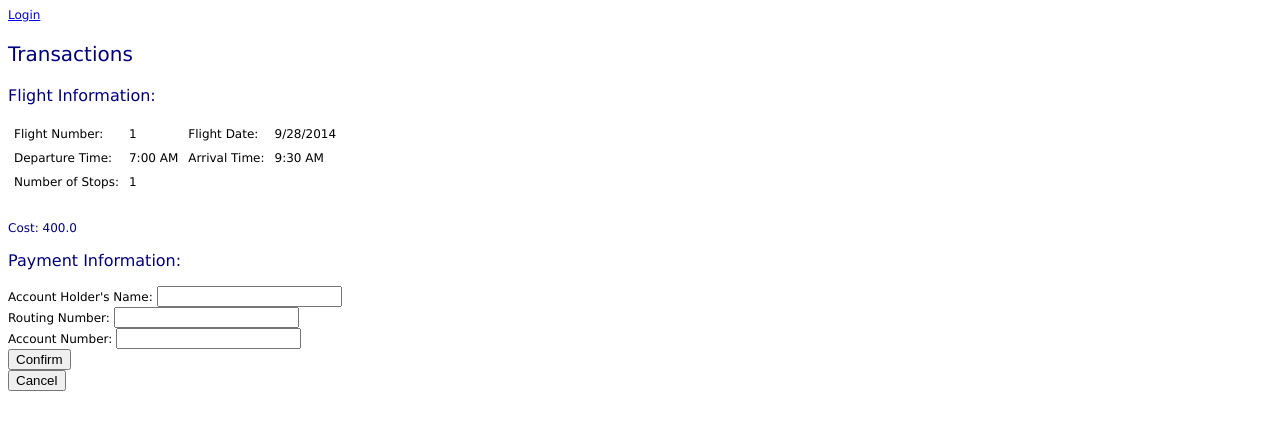
Repository: jliu9000/CSE-464---Flight-Pages
Page: http://localhost/HW1/Transaction.jsp
An editor plug-in stored every save of this project. The page is shown before and after the next save, followed by the edit.
The browser window is 1280 px wide. The pictures show the whole page.
The page is served by Tomcat 9. Other server files are loaded and not shown.

Above is the page before, as saved 2014-09-22 21:55:52.

### HW1/WebContent/Transaction.jsp
<%@ page language="java" contentType="text/html; charset=ISO-8859-1"
    pageEncoding="ISO-8859-1"%>
<!DOCTYPE html PUBLIC "-//W3C//DTD HTML 4.01 Transitional//EN" "http://www.w3.org/TR/html4/loose.dtd">
<html>
<head>
<%@ page import="flight.bizlogic.*"%>
<meta http-equiv="Content-Type" content="text/html; charset=ISO-8859-1">
<link rel="stylesheet" type="text/css" href="CSS/FlightStyles.css">
<title>Transaction</title>
</head>

<body>

<a id="login" href="login.jsp">
<%=session.getAttribute("nUserID") != null ? "Logout" : "Login"%>
</a>

<%
	RecordFactory records = new RecordFactory(1);
	FlightRecord r = records.TestRecord();
%>

<p class='PageTitle'>Transactions</p>
<p class='subheading'>Flight Information:</p>
<table>
	<tr>
		<td>Flight Number: </td><td><%=r.getID() %></td>
		<td>Flight Date: </td><td><%=r.getDateOfTravel() %></td>
	</tr>
	<tr>
		<td>Departure Time:</td><td><%=r.getDepartureTime() %></td>
		<td>Arrival Time:</td><td><%=r.getArrivalTime() %></td>
	</tr>
	<tr>
		<td>Number of Stops:</td><td><%=r.getNumberOfStops() %></td>
		<td></td><td></td>
	</tr>
</table>
<br>
<p>Cost: <%=r.getCost() %></p>

<p class='subheading'>Payment Information:</p>


<div>
	<form action='TransactionConfirmation.jsp' method=post>
		Account Holder's Name: <input type="text" name="sAcctName">
		<br>
		Routing Number: <input type="text" name="nRoutingNumber">
		<br>
		Account Number: <input type="text" name="nAccountNumber">
		<br>
		<input type="submit" value="Confirm"></input>
	</form>
	<a href="FlightSearch.jsp"><button>Cancel</button></a>

</div>






</body>





</html>

### HW1/src/flight/bizlogic/RecordFactory.java
package flight.bizlogic;
import java.util.ArrayList;



public class RecordFactory {
	//Master list
	private ArrayList<FlightRecord> oRecordsList;
	private int nTotalRecords;

	//Lists for record generation
	private String sListOfLocations[] = {"New York City, New York","Dallas, Texas","Sacramento, California",
			"Chicago, Illinois","Lincoln, Nebraska","Denver, Colorado","Atlanta, Georgia"};
	private int sListOfYears[] ={2014,2015,2016};
	private String sListOfClass[] ={"First Class", "Business", "Economy"};

	//Static test record
	private FlightRecord _oTestRecord = new FlightRecord(1, "Lincoln, NE", "Baltimore, MD", "9/28/2014", 52, "First Class",
			"7:00 AM", "9:30 AM", 1, 400.00);

	public RecordFactory(int nTotalRecords){

		//use nTotalRecords <= 0 for a random number of 1 to 50 records
		if (nTotalRecords <= 0){
			this.nTotalRecords = (int) Math.round(Math.random() * 49) + 1;
		}else{
			this.nTotalRecords = nTotalRecords;
		}

		oRecordsList = new ArrayList<FlightRecord>();

	}

	public void generateRecords(){

		for (int i = 0; i<= nTotalRecords; i++){
			oRecordsList.add(getSingleRecord());
		}

	}

	public FlightRecord getSingleRecord(){
		String sFormatedMonth;
		int nYear, nMonth, nDay, nSeats, nClass, nSource, nDestination, nID;

		nMonth = (int) Math.ceil(Math.random() * 12);
		nDay = (int) Math.round(Math.random() * 28);
		nYear = (int) Math.round(Math.random() * 2);
		sFormatedMonth = nMonth + "/" +nDay +"/" +sListOfYears[nYear];

		nSeats = (int) Math.round(Math.random() * 100);
		nClass = (int) Math.round(Math.random()*2);
		nSource = (int) Math.round(Math.random()*6);
		nDestination = (int) Math.round(Math.random() * 6);
		//destination cannot equal source
		while (nDestination == nSource){
			nDestination = (int) Math.round(Math.random() * 6);
		}

		return new FlightRecord(sListOfLocations[nSource], sListOfLocations[nDestination], sFormatedMonth, nSeats, sListOfClass[nClass]);

	}





	public String toHTMLTableRow(int nRow){
		FlightRecord r;
		String sHTMLRow;
		if (nRow < oRecordsList.size()){
			r = oRecordsList.get(nRow);
		}else{
			return "";
		}

		sHTMLRow = "<td>" +r.getID() +"</td>";
		sHTMLRow += "<td>" +r.getDateOfTravel() +"</td>";
		sHTMLRow += "<td>" +r.getDepartureTime() +"</td>";
		sHTMLRow += "<td>" +r.getArrivalTime() +"</td>";
		sHTMLRow += "<td>" +r.getNumberOfStops() +"</td>";
		sHTMLRow += "<td> $" +r.getCost() +"</td>";

		return sHTMLRow;
	}

	public FlightRecord TestRecord() {
		return _oTestRecord;
	}

	public int TotalRecords(){
		return nTotalRecords;

	}

	public ArrayList<FlightRecord> getRecords(){

		return oRecordsList;
	}
}

### HW1/src/flight/bizlogic/FlightRecord.java
package flight.bizlogic;

public class FlightRecord {
	private String sSource;
	private String sDestination;
	private String sDateOfTravel;
	private String sClass;
	private int nSeats;
	private String sDepartureTime;
	private String sArrivalTime;
	private int nNumberOfStops;
	private double dCost;
	private int nID;


	public FlightRecord(String sSource, String sDestination, String sDateOfTravel, int nSeats,
			String sClass){
		this.sSource = sSource;
		this.sDestination = sDestination;
		this.sDateOfTravel = sDateOfTravel;
		this.nSeats = nSeats;
		this.sClass = sClass;
		fillRecord();
	}

	public FlightRecord(int nID, String sSource, String sDestination, String sDateOfTravel, int nSeats,
			String sClass, String sDepartureTime, String sArrivalTime, int nNumberOfStops, double dCost){
		this.nID = nID;
		this.sSource = sSource;
		this.sDestination = sDestination;
		this.sDateOfTravel = sDateOfTravel;
		this.nSeats = nSeats;
		this.sClass = sClass;
		this.sDepartureTime = sDepartureTime;
		this.sArrivalTime = sArrivalTime;
		this.nNumberOfStops = nNumberOfStops;
		this.dCost = dCost;

	}


	//fill missing fields w/ random numbers
	private void fillRecord(){
		int nHour;
		int dMin;
		nID = (int) Math.round(Math.random()*1000);
		nHour = (int) Math.round(Math.random() * 11) + 1;
		dMin =  (int) Math.round(Math.random() * 60);
		sDepartureTime =  nHour +":" +dMin +" " +(Math.random() > .5 ? "AM" : "PM");
		nHour = (int) Math.round(Math.random() * 11) + 1;
		dMin = (int) Math.round(Math.random() * 60);
		sArrivalTime =  nHour +":" +dMin +" " +(Math.random() > .5 ? "AM" : "PM");
		nNumberOfStops = (int) Math.round(Math.random() * 4);
		dCost =  Math.round(Math.random() * 1000) + 50;
	}



	public String getDepartureTime() {
		return sDepartureTime;
	}


	public String getArrivalTime() {
		return sArrivalTime;
	}


	public int getNumberOfStops() {
		return nNumberOfStops;
	}


	public double getCost() {
		return dCost;
	}


	public int getID() {
		return nID;
	}



	public String getSource() {
		return sSource;
	}

	public String getDestination() {
		return sDestination;
	}

	public String getDateOfTravel() {
		return sDateOfTravel;
	}

	public String getFlightClass() {
		return sClass;
	}

	public int getSeats() {
		return nSeats;
	}






}

### HW1/WebContent/CSS/FlightStyles.css
@CHARSET "ISO-8859-1";

body {
	font-family: "Verdana";
	font-size:12px;

}

div.sidebar {
	float: left;
	width: 80px;
	padding-right: 25px;
	text-align: center;
}
div.main {
	float: left;
}

p {
    font-size: 12px;
    color: navy;
}

p.PageTitle {
    font-size: 20px;
    color: navy;
    font-style: bold;
}

p.subheading {
	font-size: 16px;

}

p.message {
	color: red;
	text-align: center;
}

table {


}

th {
    background-color: #1975FF;
    color: white;
    padding: 4px;
    padding-left: 8px;
	padding-right: 8px;

}

tr {
}

tr.repeatalt {
	border: 1px solid #3C5E8F;
	background-color: #E6E6E6;

}

td.repeat {
	padding: 2px;
	padding-left: 5px;
	padding-right: 5px;
	background-color: #CCE0FF;
}

td.button{
	text-align: center;
}

td{
	text-align: left;
	padding: 4px;

}

td.key{
	font-weight: bold;
}


a.navibar{

}


#login {
    font-size:12px;
}

After the next save:
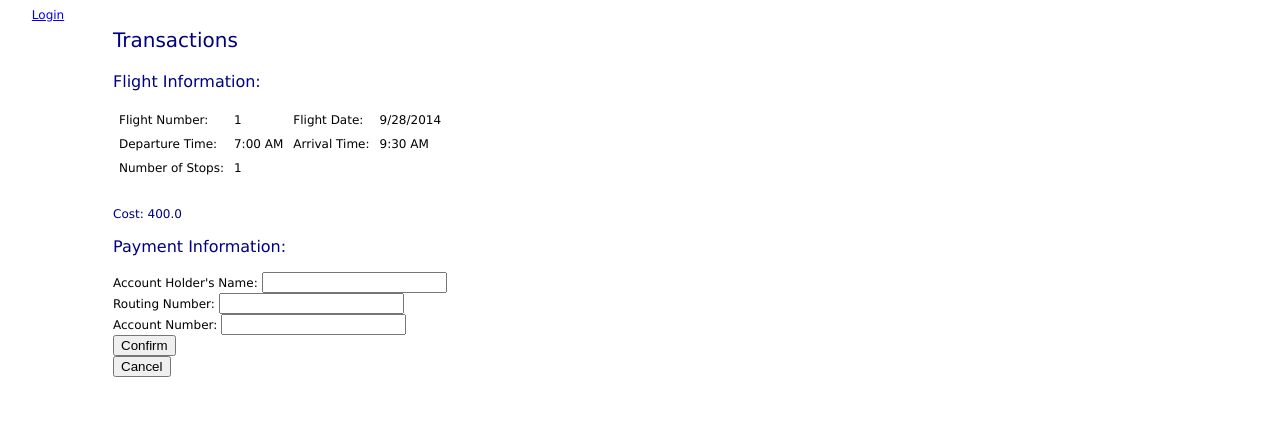
Saved 106 s later.
--- a/HW1/WebContent/Transaction.jsp
+++ b/HW1/WebContent/Transaction.jsp
@@ -10,52 +10,53 @@
 </head>
 
 <body>
+	<div class='sidebar'>
+		<a id="login" href="login.jsp">
+		<%=session.getAttribute("nUserID") != null ? "Logout" : "Login"%>
+		</a>
+	</div>
 
-<a id="login" href="login.jsp">
-<%=session.getAttribute("nUserID") != null ? "Logout" : "Login"%>
-</a>
+	<%
+		RecordFactory records = new RecordFactory(1);
+		FlightRecord r = records.TestRecord();
+	%>
 
-<%
-	RecordFactory records = new RecordFactory(1);
-	FlightRecord r = records.TestRecord();
-%>
+	<div class='main'>
+		<p class='PageTitle'>Transactions</p>
+		<p class='subheading'>Flight Information:</p>
+		<table>
+			<tr>
+				<td>Flight Number: </td><td><%=r.getID() %></td>
+				<td>Flight Date: </td><td><%=r.getDateOfTravel() %></td>
+			</tr>
+			<tr>
+				<td>Departure Time:</td><td><%=r.getDepartureTime() %></td>
+				<td>Arrival Time:</td><td><%=r.getArrivalTime() %></td>
+			</tr>
+			<tr>
+				<td>Number of Stops:</td><td><%=r.getNumberOfStops() %></td>
+				<td></td><td></td>
+			</tr>
+		</table>
+		<br>
+		<p>Cost: <%=r.getCost() %></p>
 
-<p class='PageTitle'>Transactions</p>
-<p class='subheading'>Flight Information:</p>
-<table>
-	<tr>
-		<td>Flight Number: </td><td><%=r.getID() %></td>
-		<td>Flight Date: </td><td><%=r.getDateOfTravel() %></td>
-	</tr>
-	<tr>
-		<td>Departure Time:</td><td><%=r.getDepartureTime() %></td>
-		<td>Arrival Time:</td><td><%=r.getArrivalTime() %></td>
-	</tr>
-	<tr>
-		<td>Number of Stops:</td><td><%=r.getNumberOfStops() %></td>
-		<td></td><td></td>
-	</tr>
-</table>
-<br>
-<p>Cost: <%=r.getCost() %></p>
-
-<p class='subheading'>Payment Information:</p>
+		<p class='subheading'>Payment Information:</p>
 
 
-<div>
-	<form action='TransactionConfirmation.jsp' method=post>
-		Account Holder's Name: <input type="text" name="sAcctName">
-		<br>
-		Routing Number: <input type="text" name="nRoutingNumber">
-		<br>
-		Account Number: <input type="text" name="nAccountNumber">
-		<br>
-		<input type="submit" value="Confirm"></input>
-	</form>
-	<a href="FlightSearch.jsp"><button>Cancel</button></a>
 
-</div>
+		<form action='TransactionConfirmation.jsp' method=post>
+			Account Holder's Name: <input type="text" name="sAcctName">
+			<br>
+			Routing Number: <input type="text" name="nRoutingNumber">
+			<br>
+			Account Number: <input type="text" name="nAccountNumber">
+			<br>
+			<input type="submit" value="Confirm"></input>
+		</form>
+		<a href="FlightSearch.jsp"><button>Cancel</button></a>
 
+	</div>
 
 
 
